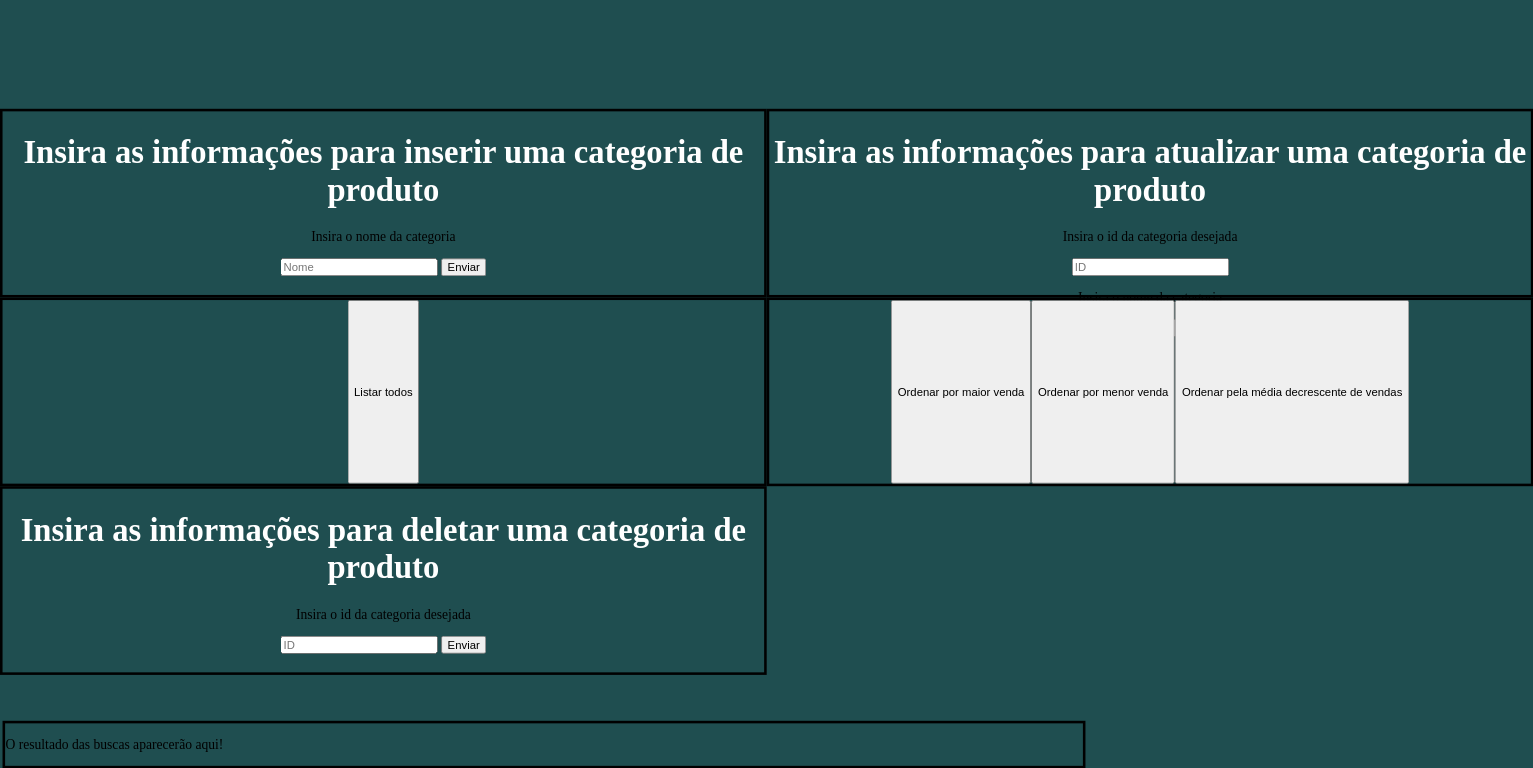
Repository: Matheus-Lacerda009/ERP-Financeiro
Page: Front/categoria_item/categoria_item.html
The author's editor kept a copy of each file at every save. The page is drawn from the files as they stood at one save, then again after a run of saves.
The browser window is 1280 px wide. The page is 1804 px wide, then 1280 px, so the pictures cover 1804 px, including what lies to the right of the window. The pictures show the whole page, at 85% of full size.

Above is the page before, as saved 2026-07-13 19:48:41.

After the next 2 saves:
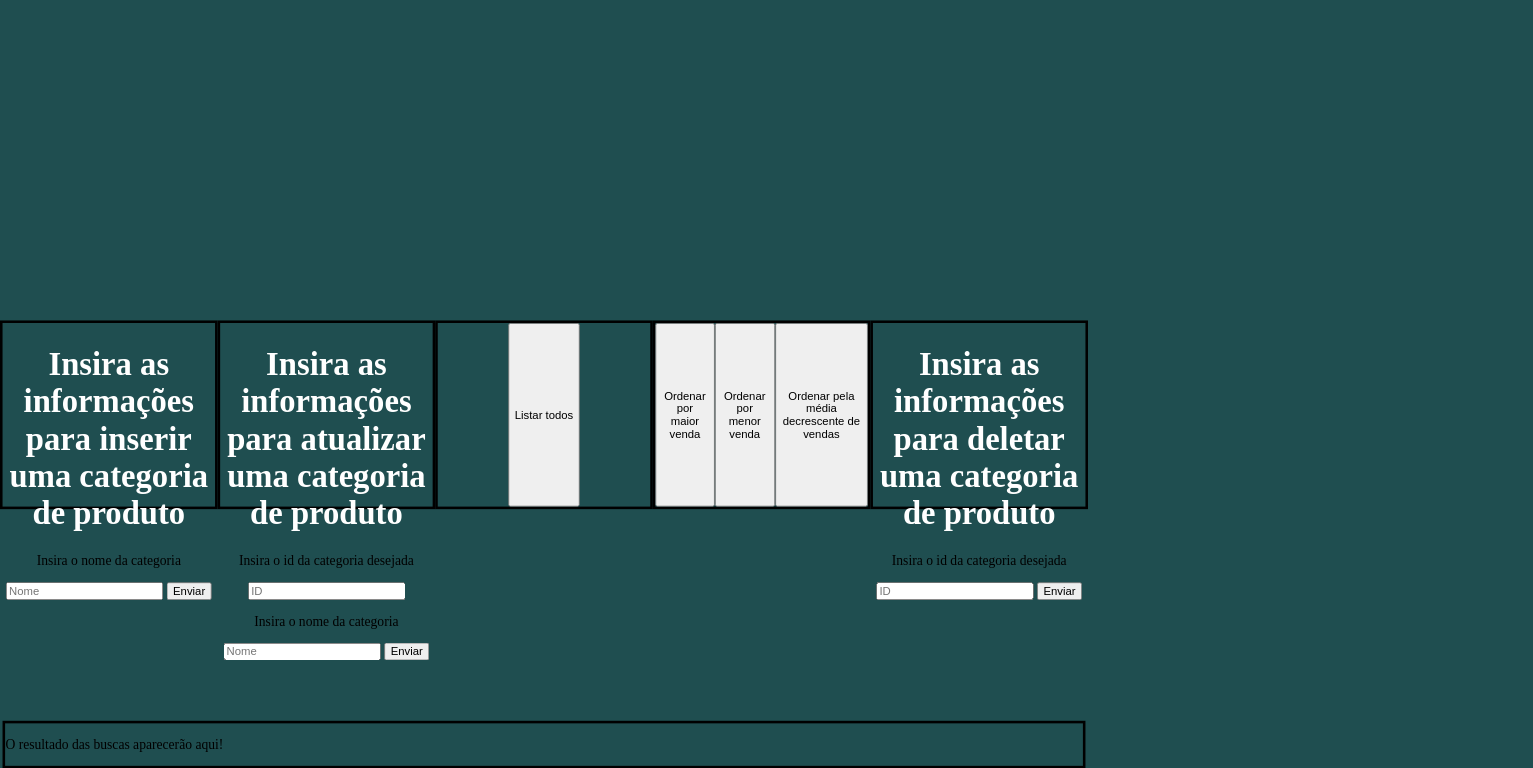
The 2 saves are shown as one change because they came seconds apart.
The last was saved 13 s later.
--- a/Front/categoria_item/categoria_item.css
+++ b/Front/categoria_item/categoria_item.css
@@ -49,8 +49,7 @@ body{
     width: 100%;
     margin-top: 10%;
     align-content: start;
-    display: grid;
-    grid-template-columns: repeat(2, 7fr);
+    display: flex;
     align-content: start;
 }
 
